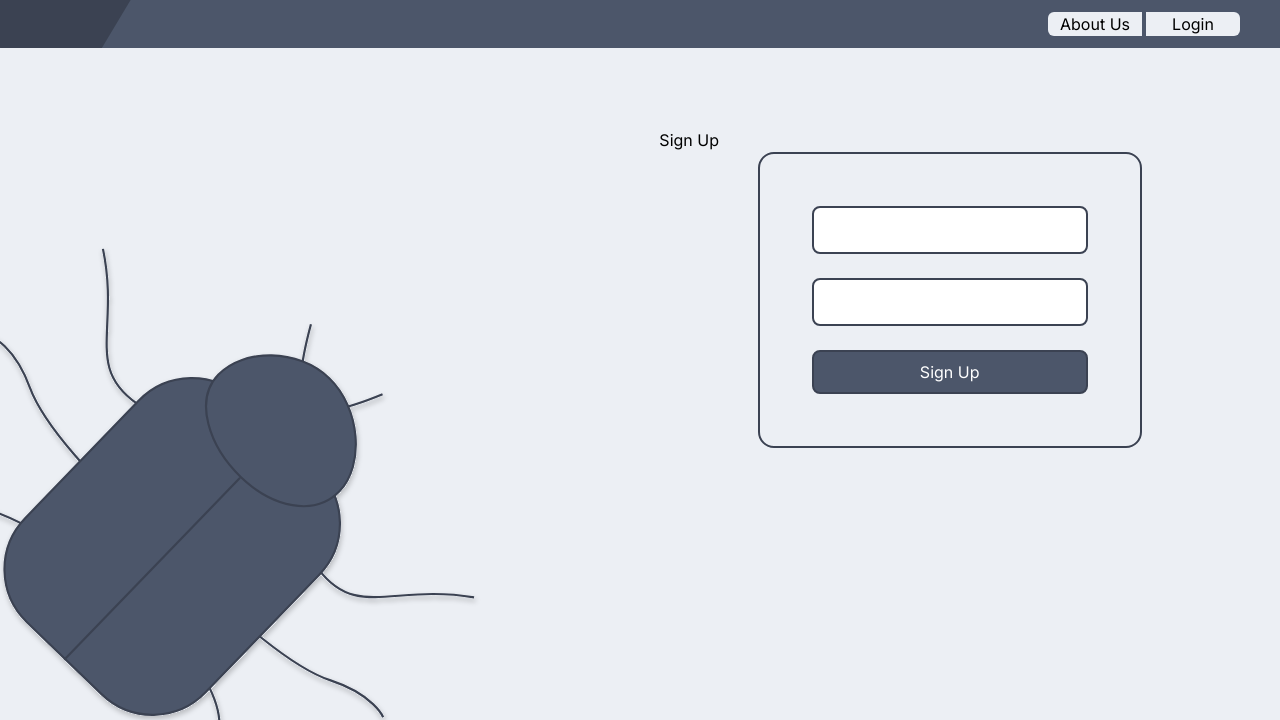
Repository: Qu4ntumGuy/project-bug
Page: /signup
An editor plug-in stored every save of this project. The page is shown before and after the next save, followed by the edit.
The browser window is 1280 px wide. The pictures show the whole page.
The project was rebuilt for these pictures with package versions that can differ from the ones it lists, and the page was loaded fresh each time. The framework's server and built-in components were replaced by stand-ins that run in the browser. Also part of the build but not shown: next.config.mjs, src/components/Diamond.module.css, src/components/Navbar.js.

Above is the page before, as saved 2024-02-13 23:54:22.

### src/app/layout.js
import { Inter } from "next/font/google";
import "./globals.css";

const inter = Inter({ subsets: ["latin"] });

export default function RootLayout({ children }) {
  return (
    <html lang="en">
      <head>
        <title>Project-bug</title>
        <meta name="description" content="Description goes here." />
        <link rel="preconnect" href="https://fonts.googleapis.com" />
        <link rel="preconnect" href="https://fonts.gstatic.com" crossorigin />
        <link
          href="https://fonts.googleapis.com/css2?family=Fira+Code:wght@300;400;500;600&display=swap"
          rel="stylesheet"
        />
      </head>
      <body className={inter.className}>{children}</body>
    </html>
  );
}

### src/app/signup/layout.js
"use client";
import Navbar from "@/components/Navbar";
import Image from "next/image";
import reactangle from "../../../public/Rectangle 5.svg";

export default function Signup({ children }) {
  //   const { data: session, status } = useSession();

  return (
    <>
      <nav className="h-[10%] relative w-full z-10 bg-[#4C566A] flex justify-end">
        <div className="absolute flex -left-1 -top-1">
          <Image
            src={reactangle}
            alt="reactangle"
            height={52}
            className=" rounded-md"
          />
        </div>
        <div className="flex m-3 w-48 mr-10 justify-between">
          <div className="flex cursor-pointer bg-[#ECEFF4] w-full mr-1 rounded-l-md items-center justify-center align-middle">
            <button className="" onClick={() => signupHandler}>
              About Us
            </button>
          </div>
          <div className="flex bg-[#ECEFF4] cursor-pointer w-full rounded-r-md items-center justify-center align-middle">
            <button onClick={() => loginHandler}>Login</button>
          </div>
        </div>
      </nav>
      <div className="w-full overflow-hidden">{children}</div>
    </>
  );
}

### src/app/signup/page.js
import Image from "next/image";
import bug from "../../../public/Bug.svg";

export default function Signup() {
  return (
    <div className="flex justify-between">
      <div className="w-full">
        <Image
          className=" absolute left-0 bottom-0"
          height={550}
          src={bug}
          alt="bug"
        />
      </div>
      <div className="w-full p-10">
        <div className="flex my-10 flex-col">
          <div className="m">Sign Up</div>
          <form className="w-96 m-auto flex p-10 flex-col border-2 border-[#3B4252] rounded-2xl">
            <input
              className="rounded-lg border-2 border-[#3B4252] m-3 p-2 text-xl"
              type="text"
            />
            <input
              className="rounded-lg border-2 border-[#3B4252] m-3 p-2 text-xl"
              type="email"
            />
            <button className="text-white rounded-lg m-3 p-2 border-2 border-[#3B4252] bg-[#4C566A]">
              Sign Up
            </button>
          </form>
        </div>
      </div>
    </div>
  );
}

### src/app/globals.css
@tailwind base;
@tailwind components;
@tailwind utilities;

/* :root {
  --foreground-rgb: 0, 0, 0;
  --background-start-rgb: 214, 219, 220;
  --background-end-rgb: 255, 255, 255;
} */

/* @media (prefers-color-scheme: dark) {
  :root {
    --foreground-rgb: 255, 255, 255;
    --background-start-rgb: 0, 0, 0;
    --background-end-rgb: 0, 0, 0;
  }
} */

body {
  color: rgb(var(--foreground-rgb));
  background: rgba(236, 239, 244, 1);
  font-family: 'Fira Code', monospace;
}

@font-face {
  font-family: "Fira Code";
  src: url("../../public/font/FiraCode-VariableFont_wght.ttf")
    format("truetype");
}


/* @layer utilities {
  .text-balance {
    text-wrap: balance;
  }
} */

Loaded but not shown: tailwind.config.js (common file)

After the next save:
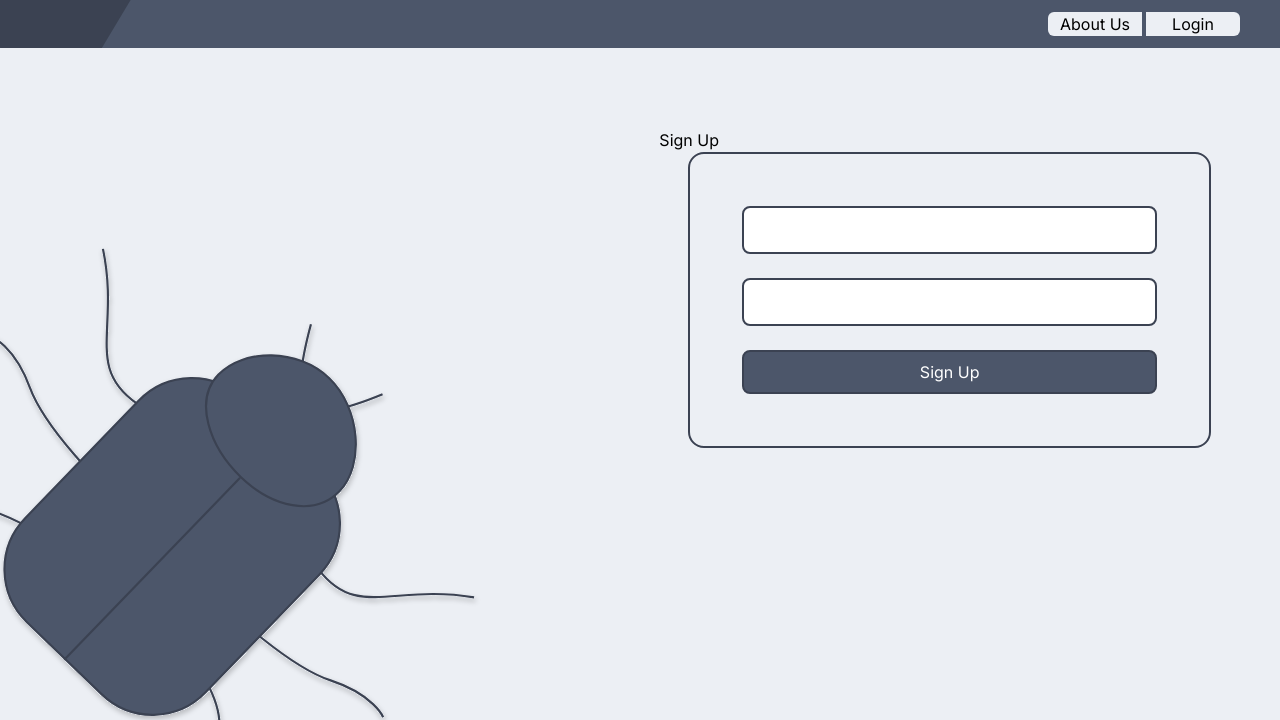
Saved 18 s later.
--- a/src/app/signup/page.js
+++ b/src/app/signup/page.js
@@ -15,7 +15,7 @@ export default function Signup() {
       <div className="w-full p-10">
         <div className="flex my-10 flex-col">
           <div className="m">Sign Up</div>
-          <form className="w-96 m-auto flex p-10 flex-col border-2 border-[#3B4252] rounded-2xl">
+          <form className="w-[90%] m-auto flex p-10 flex-col border-2 border-[#3B4252] rounded-2xl">
             <input
               className="rounded-lg border-2 border-[#3B4252] m-3 p-2 text-xl"
               type="text"
